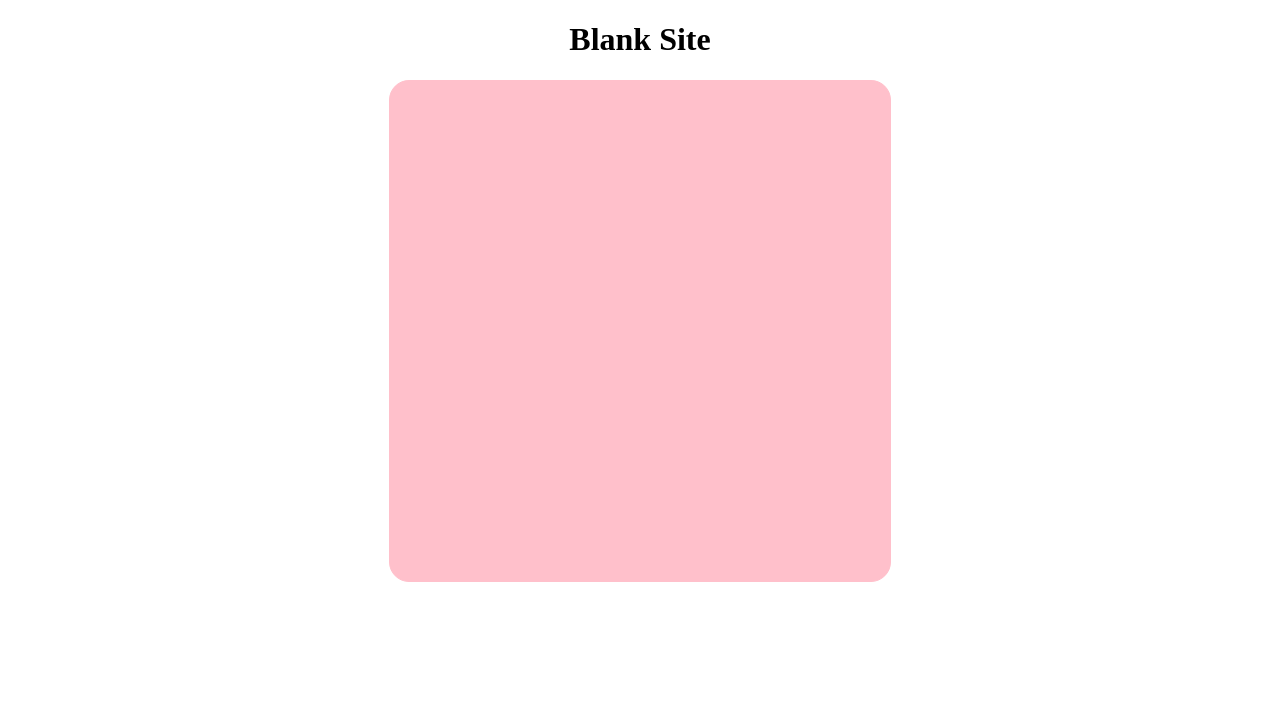
Repository: yhung004/Blank_Project
Page: index.html
An editor plug-in stored every save of this project. The page is shown before and after the next save, followed by the edit.
The browser window is 1280 px wide. The pictures show the whole page.

Above is the page before, as saved 2024-04-04 02:29:36.

After the next save:
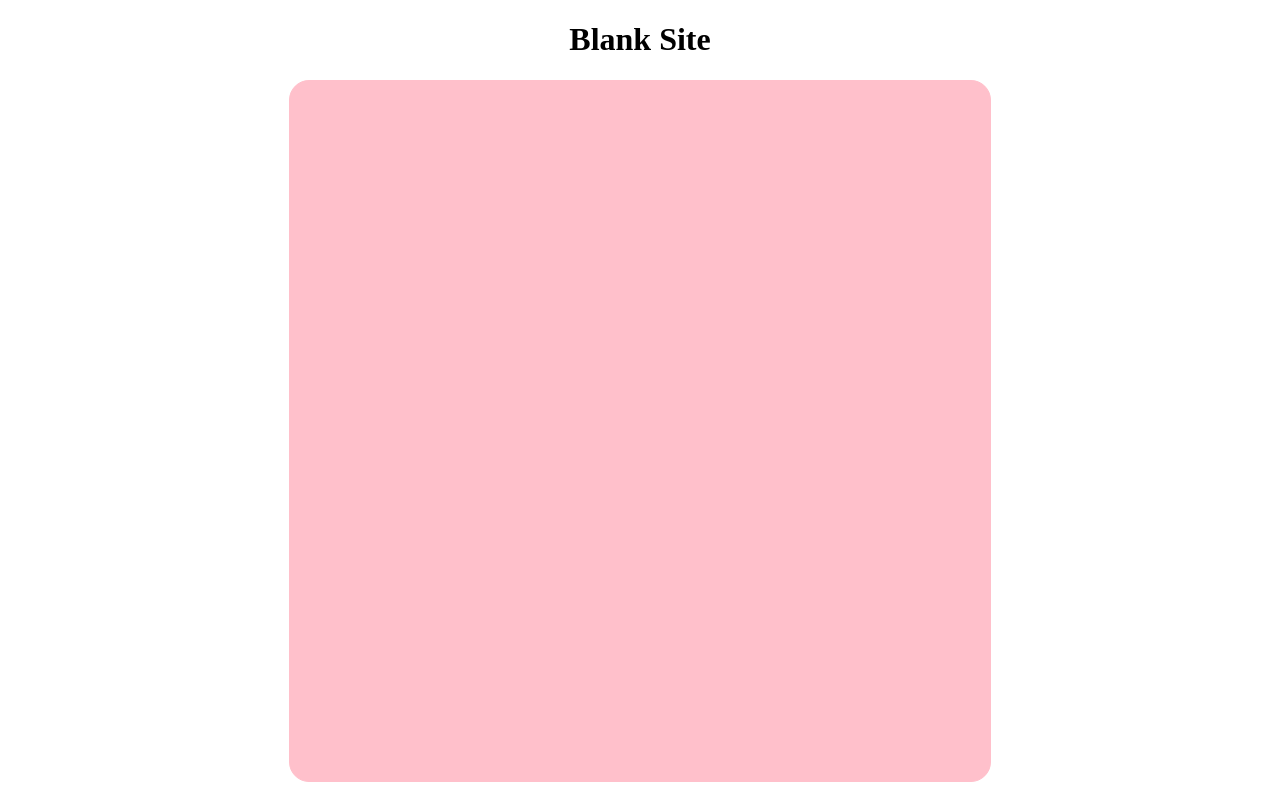
Saved 27 s later.
--- a/index.css
+++ b/index.css
@@ -3,8 +3,8 @@
 }
 .main {
     background-color: pink;
-    width: 500px;
-    height: 500px;
+    width: 700px;
+    height: 700px;
     margin:auto;
     border: 1px solid pink;
     border-radius: 20px;
